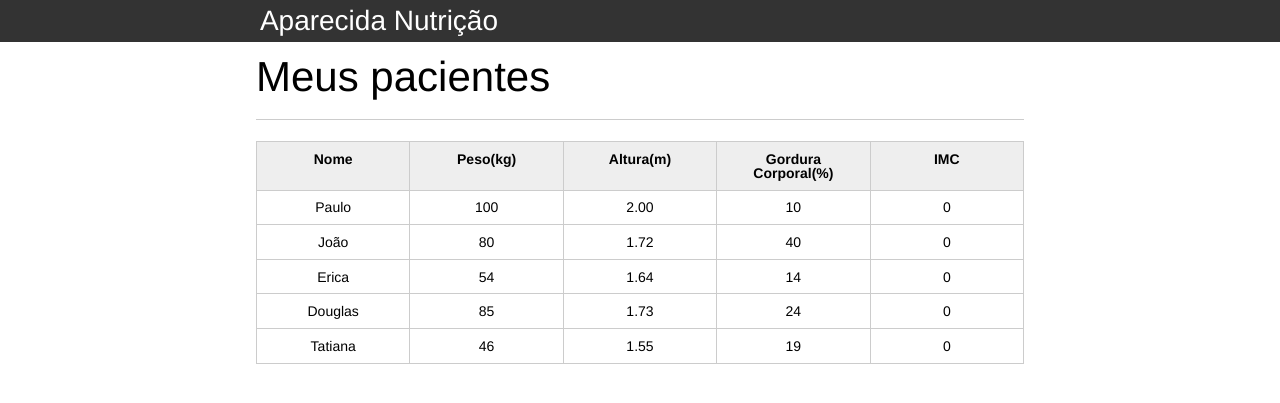
Repository: prof-fernando-alves/introducao-javascript
Page: index.html
The author's editor kept a copy of each file at every save. The page is drawn from the files as they stood at one save, then again after a run of saves.
The browser window is 1280 px wide. The pictures show the whole page.

Above is the page before, as saved 2021-09-14 14:21:14.
Console error: SyntaxError: Unexpected token ')'

### index.html
<!DOCTYPE html>
<html lang="pt-br">
	<head>
		<meta charset="UTF-8">
		<title>Aparecida Nutrição</title>
		<link rel="icon" href="favicon.ico" type="image/x-icon">
		<link rel="stylesheet" type="text/css" href="css/reset.css">
		<link rel="stylesheet" type="text/css" href="css/index.css">

	</head>
	<body>

		<header>
			<div class="container">
				<h2 class="titulo">Aparecida Nutrição</h2>
			</div>
		</header>
		<main>
			<section class="container">
				<h2>Meus pacientes</h2>
				<table>
					<thead>
						<tr>
							<th>Nome</th>
							<th>Peso(kg)</th>
							<th>Altura(m)</th>
							<th>Gordura Corporal(%)</th>
							<th>IMC</th>
						</tr>
					</thead>
					<tbody id="tabela-pacientes">
						<tr class="paciente" id="primeiro-paciente">
							<td class="info-nome">Paulo</td>
							<td class="info-peso">100</td>
							<td class="info-altura">2.00</td>
							<td class="info-gordura">10</td>
							<td class="info-imc">0</td>
						</tr>

						<tr class="paciente" >
							<td class="info-nome">João</td>
							<td class="info-peso">80</td>
							<td class="info-altura">1.72</td>
							<td class="info-gordura">40</td>
							<td class="info-imc">0</td>
						</tr>

						<tr class="paciente" >
							<td class="info-nome">Erica</td>
							<td class="info-peso">54</td>
							<td class="info-altura">1.64</td>
							<td class="info-gordura">14</td>
							<td class="info-imc">0</td>
						</tr>

						<tr class="paciente">
							<td class="info-nome">Douglas</td>
							<td class="info-peso">85</td>
							<td class="info-altura">1.73</td>
							<td class="info-gordura">24</td>
							<td class="info-imc">0</td>
						</tr>
						<tr class="paciente" >
							<td class="info-nome">Tatiana</td>
							<td class="info-peso">46</td>
							<td class="info-altura">1.55</td>
							<td class="info-gordura">19</td>
							<td class="info-imc">0</td>
						</tr>
					</tbody>
				</table>

			</section>
		</main>

		<script src="js/principal.js" ></script>

	</body>
</html>

### css/index.css
*{
	box-sizing: border-box;
 }

body{
	font-family: "Helvetica Neue", "Helvetica", Helvetica, Arial, sans-serif;
	font-size: 14px;
}

header{
	background-color: #333;
	height: 3em;
	color: #FFF;
	margin-bottom: 1em;
}

header h1{
	font-size: 2em;
	display:inline-block;
	vertical-align:	middle;
}
header h2{
	font-size: 2em;
	display:inline-block;
	vertical-align:	middle;
}

header .container:before{
	content: '';
	display:inline-block;
	height: 100%;
	vertical-align:	middle;
}

.container{
	width: 60%;
	height: 100%;
	margin: 0 auto;
}

section{
	margin: 2em 0;
	overflow: hidden;
}

section h2{
	font-size: 3em;
	display: block;
	padding-bottom: .5em;
	border-bottom: 1px solid #ccc;
	margin-bottom: .5em;
}

table{
	width: 100%;
	margin-bottom : .5em;
    table-layout: fixed;

}

td, th {
	padding: .7em;
	margin: 0;
	border: 1px solid #ccc;
	text-align: center;
}

th{
	font-weight: bold;
	background-color: #EEE;
}

label{
	color: #555;
	display: block;
	margin-bottom: .2em;
}

.campo{
	margin: 0;
	padding-bottom: 1em;
	width: 100%;
	border: 1px solid #ccc;
	padding: .7em;
	width: 100%;
}

.campo-medio{
	display: inline-block;
	padding-right: .5em;
}

.grupo{
	width: 32%;
	display: inline-block;
	padding: 10px 0px;
}

button{
	padding: .5em 2em;
	border: 0;
	border-bottom: 3px solid;
	font-size: 1.2em;
	cursor: pointer;
	margin: 0;
	margin-top: -3px;
	color: #fff;
	background-color:#0c8cd3;
	border-color: #04324c;
	width: 20%;
    display: block;
    clear: both;
    margin: 10px 0px;

}

button:active{
	margin-top:0px;
	border: 0;
}

button[disabled=disabled], button:disabled {
    background-color: gray;
	border-color: darkgray;

}

.adicionar-paciente{
    margin-top: 30px;
}

.campo-invalido{
	border: 1px solid red;
}

### js/principal.js
var titulo = document.querySelector(".titulo");
titulo.textContent = "Aparecida Nutricionista";

var pacientes = document.querySelectorAll(".paciente");
console.log(pacientes)

for (var i=0; i < 5)

var tdPeso = paciente.querySelector(".info-peso");
var peso = tdPeso.textContent;

var tdAltura = paciente.querySelector(".info-altura");
var altura = tdAltura.textContent;

var tdImc = paciente.querySelector(".info-imc");

var pesoEhValido = true;
var alturaEhValida = true;

if (peso <= 0 || peso >= 1000) {
    console.log("Peso inválido!");
    pesoEhValido = false;
    tdImc.textContent = "Peso inválido";
}

if (altura <= 0 || altura >= 3.00) {
    console.log("Altura inválida!");
    alturaEhValida = false;
    tdImc.textContent = "Altura inválida";
}

if (pesoEhValido && alturaEhValida) {
    var imc = peso / (altura * altura);
    tdImc.textContent = imc;
}

Loaded but not shown: css/reset.css (common file)

After the next 2 saves:
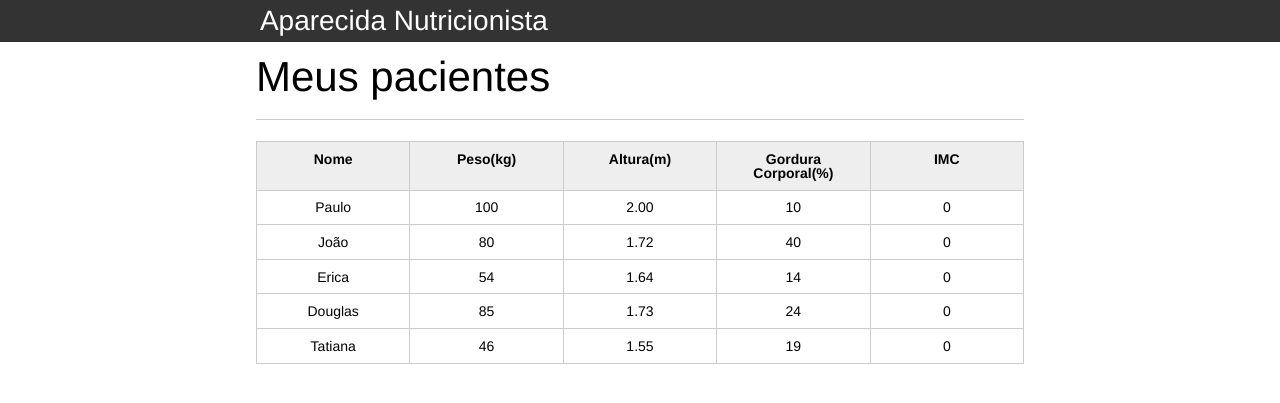
Console error: ReferenceError: paciente is not defined
The 2 saves are shown as one change because they came seconds apart.
The last was saved 6 s later.
--- a/js/principal.js
+++ b/js/principal.js
@@ -4,7 +4,9 @@
 var pacientes = document.querySelectorAll(".paciente");
 console.log(pacientes)
 
-for (var i=0; i < 5)
+for (var i=0; i < 5; i++){
+
+}
 
 var tdPeso = paciente.querySelector(".info-peso");
 var peso = tdPeso.textContent;

After the 5 saves that followed:
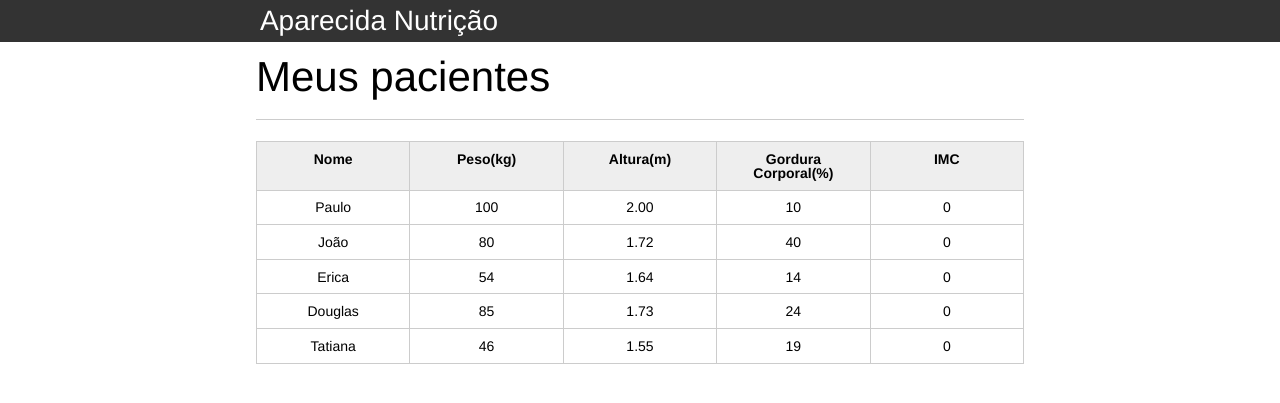
Console error: SyntaxError: Unexpected token ';'
The 5 saves are shown as one change because 1 left the picture as it was and some came seconds apart.
The last was saved 79 s later.
--- a/js/principal.js
+++ b/js/principal.js
@@ -4,8 +4,8 @@
 var pacientes = document.querySelectorAll(".paciente");
 console.log(pacientes)
 
-for (var i=0; i < 5; i++){
-
+for (var i=0; i < ; i++){
+    console.log(i)
 }
 
 var tdPeso = paciente.querySelector(".info-peso");
